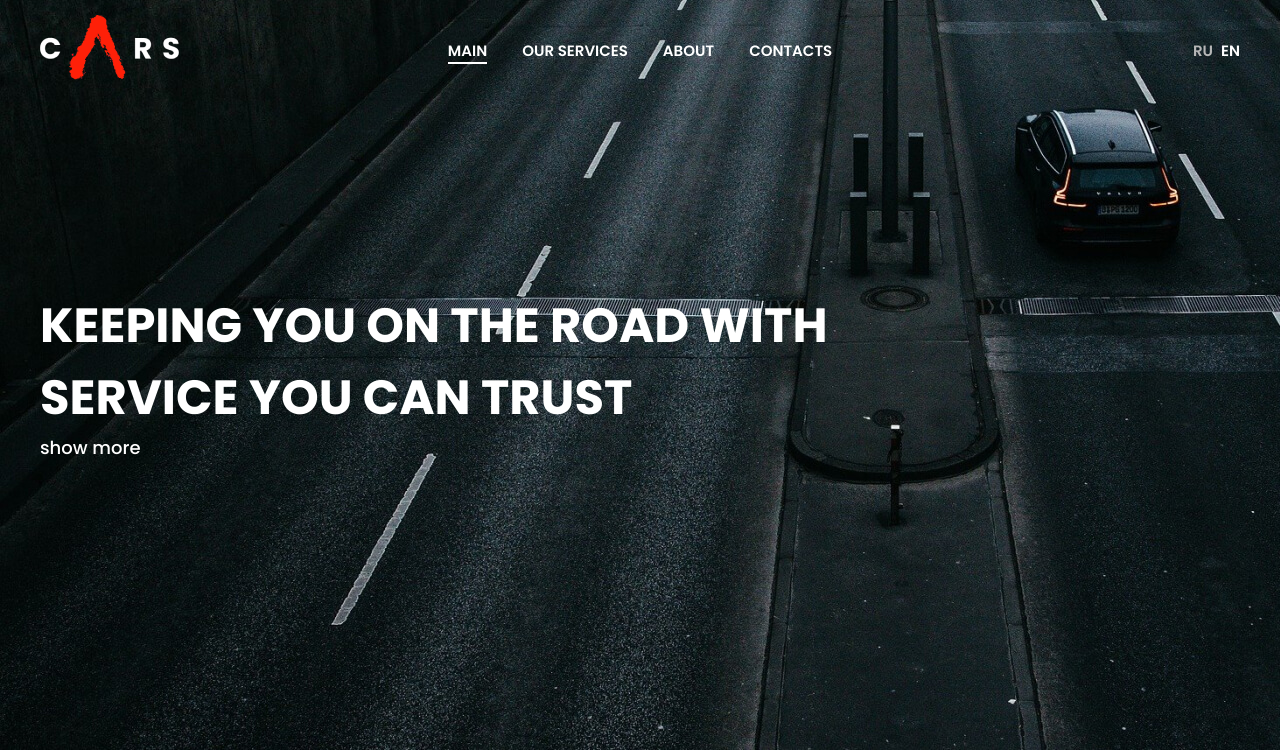
Repository: Earn1ll/car_repair
Page: index.html
These files come from the project's save history. The page is drawn as it stood at one moment and after the next save; the edit follows.
The browser window is 1280 px wide. The pictures show the whole page.

Above is the page before, as saved 2022-09-18 15:07:04.

After the next save:
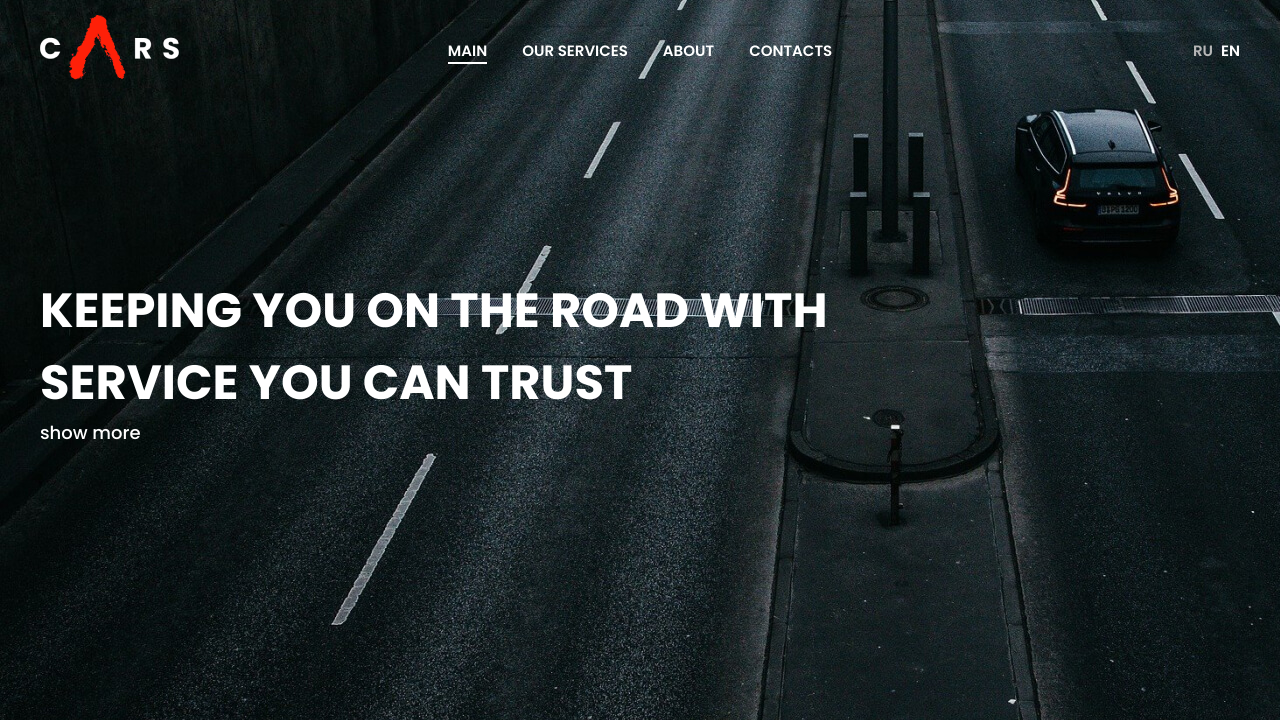
Saved 54 s later.
--- a/css/style.css
+++ b/css/style.css
@@ -111,7 +111,7 @@
     background: url('../img/intro_bg.jpg');
 }
 .intro__content {
-    height: 750px;
+    height: 100vh;
     display: flex;
     align-items: center;
 }
